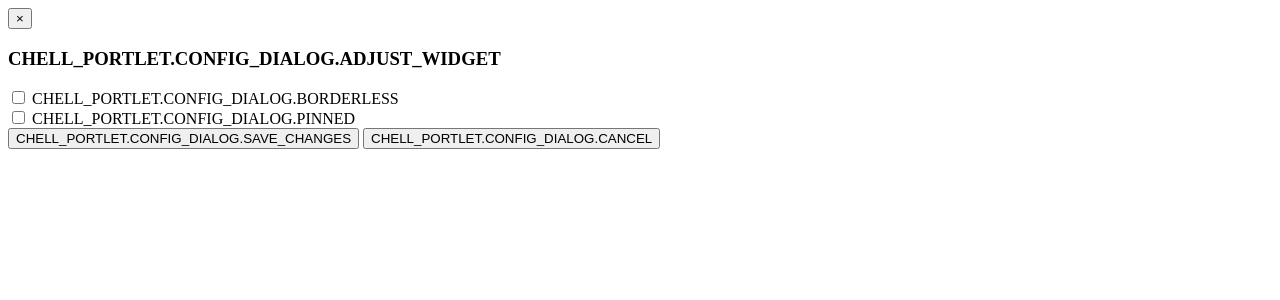
Repository: rvillars/chell-portlet
Page: src/templates/portlet-config-dialog.tpl.html
The author's editor kept a record of every edit. The page is drawn from the files as they stood at one moment, then again after the next edit.
The browser window is 1280 px wide. The pictures show the whole page.

Above is the page before.

After the next edit:
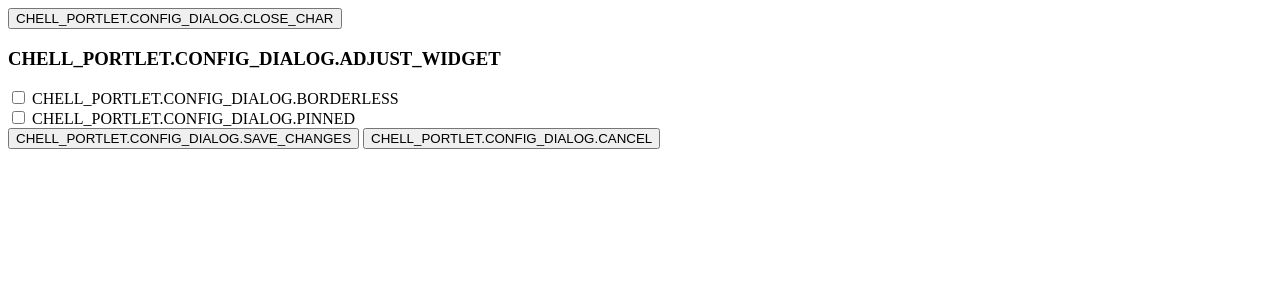
The edit:
--- a/src/templates/portlet-config-dialog.tpl.html
+++ b/src/templates/portlet-config-dialog.tpl.html
@@ -1,7 +1,7 @@
 <!-- Dialog for the config button on the portlets-->
 <div class="modal-content">
     <div class="modal-header">
-        <button class="close" ng-click="cancel()">×</button>
+        <button class="close" ng-click="cancel()" translate>CHELL_PORTLET.CONFIG_DIALOG.CLOSE_CHAR</button>
         <h3 translate>CHELL_PORTLET.CONFIG_DIALOG.ADJUST_WIDGET</h3>
     </div>
     <div class="modal-body">
